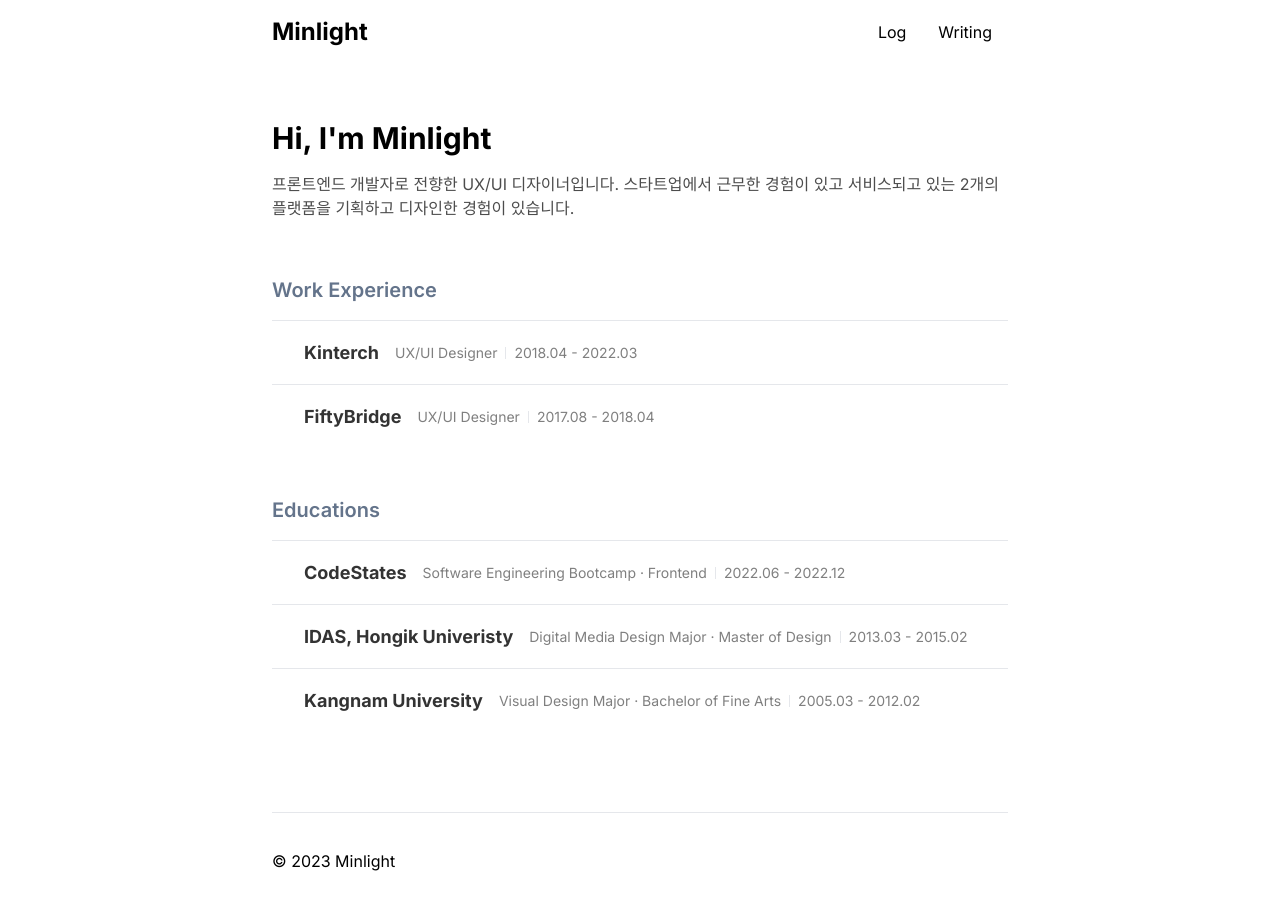
Repository: kwngmin/minlight-log
Page: /
The author's editor kept a copy of each file at every save. The page is drawn from the files as they stood at one save, then again after the next save.
The browser window is 1280 px wide. The pictures show the whole page.
The project was rebuilt for these pictures with package versions that can differ from the ones it lists, and the page was loaded fresh each time. The framework's server and built-in components were replaced by stand-ins that run in the browser. Also part of the build but not shown: next.config.js.

Above is the page before, as saved 2023-04-04 16:35:23.

After the next save:
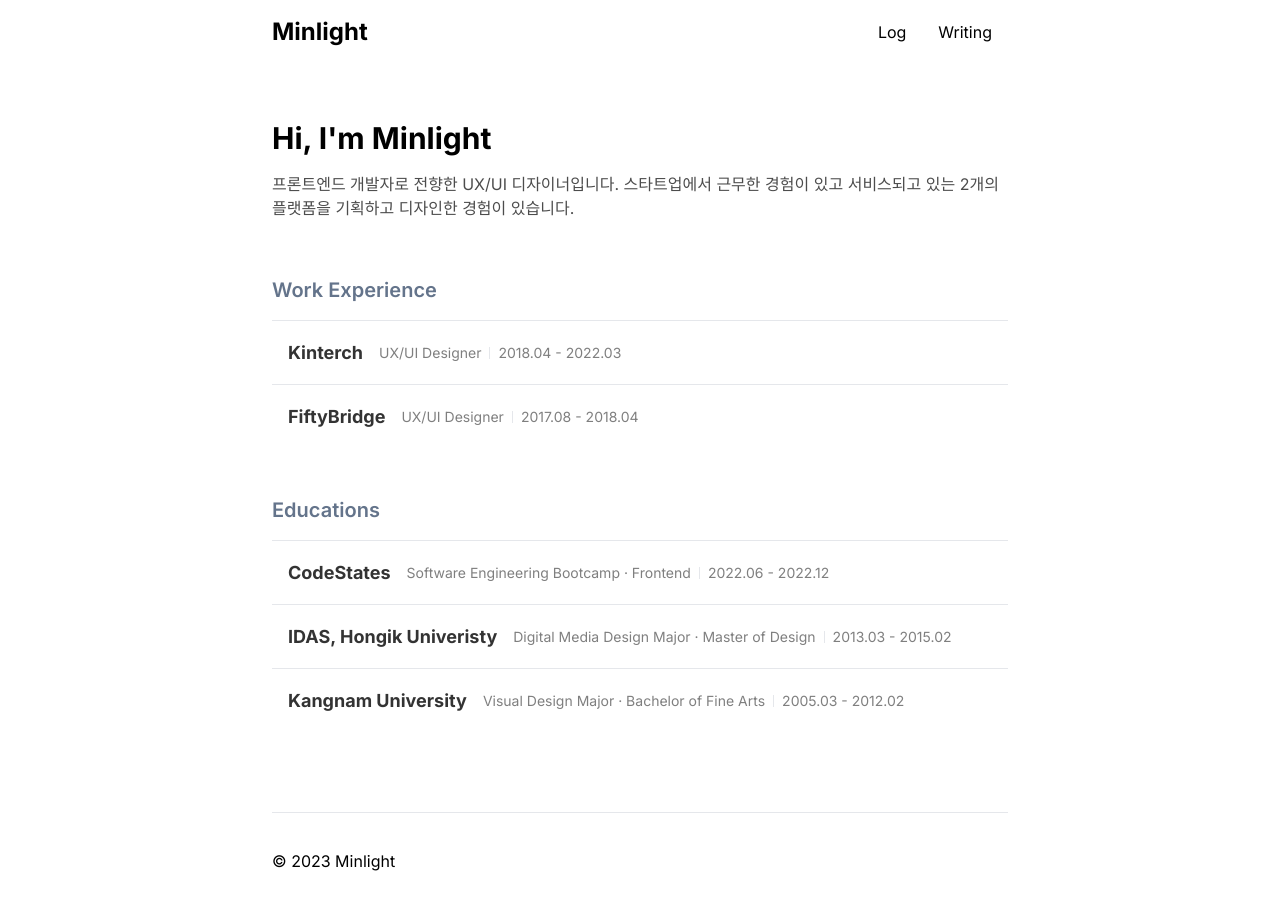
Saved 17 s later.
--- a/src/components/Table.tsx
+++ b/src/components/Table.tsx
@@ -17,7 +17,7 @@ export default function Table({ tableData, subject }: Props) {
         {tableData.map(({ head, content, period }) => (
           <li
             key={head}
-            className="flex flex-col lg:flex-row lg:items-center justify-center lg:justify-start pt-4 pb-5 lg:py-0 lg:h-16 border-t gap-0 lg:gap-4 px-4 lg:px-8"
+            className="flex flex-col lg:flex-row lg:items-center justify-center lg:justify-start pt-4 pb-5 lg:py-0 lg:h-16 border-t gap-0 lg:gap-4 px-4"
           >
             <h3 className="font-bold text-lg text-black/80">{head}</h3>
             <section className="text-black/50 text-sm flex items-center flex-wrap">
